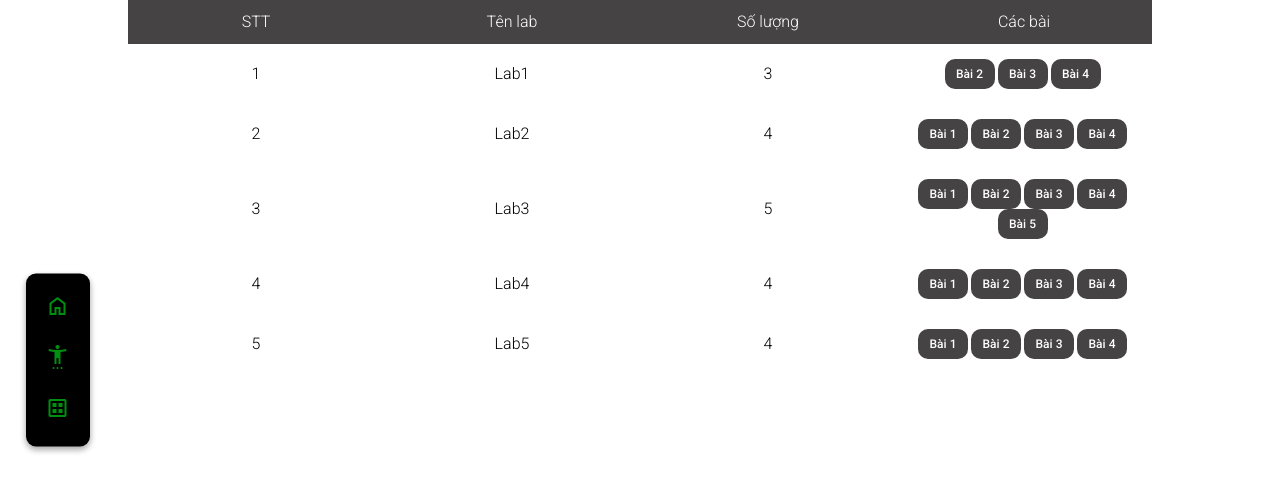
Repository: tuankiet10920/homeworkFEF
Page: /labs
The author's editor kept a copy of each file at every save. The page is drawn from the files as they stood at one save, then again after the next save.
The browser window is 1280 px wide. The pictures show the whole page.
The project was rebuilt for these pictures with package versions that can differ from the ones it lists, and the page was loaded fresh each time. Also part of the build but not shown: vite.config.js, src/views/HomeView.vue. Imported but missing from the stored project, and not drawn on this page: src/assets/audio/intro.mp3.

Above is the page before, as saved 2024-11-11 00:11:10.

After the next save:
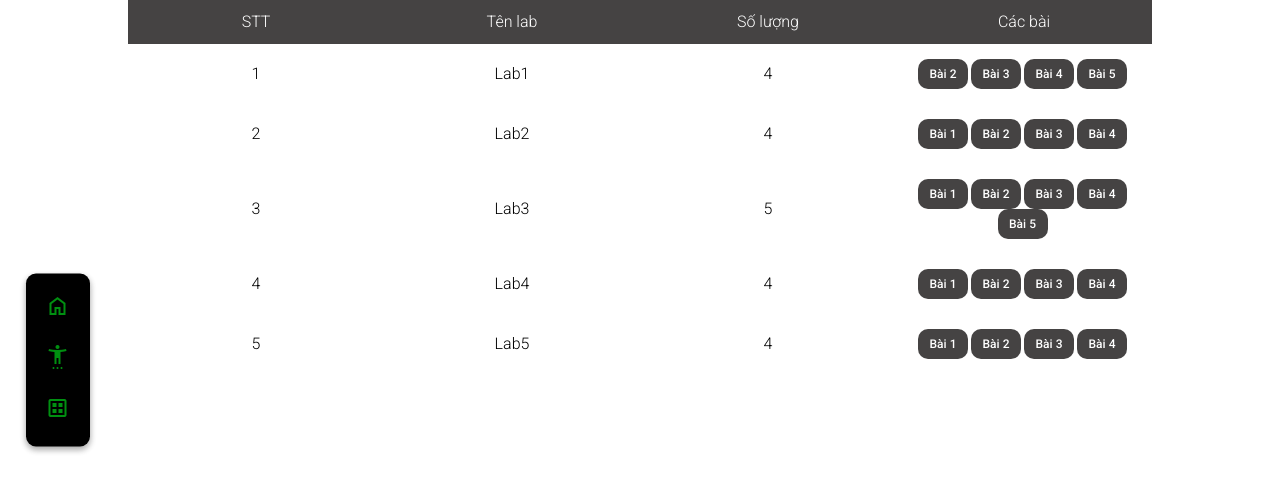
Saved 2 min 27 s later.
--- a/src/views/LabView.vue
+++ b/src/views/LabView.vue
@@ -20,6 +20,11 @@ const sourceTrs = ref([
         name_ex: 'Bài 4',
         link: '/bai4lab1',
         namePath: 'Bai4',
+      },
+      {
+        name_ex: 'Bài 5',
+        link: '/bai5lab1',
+        namePath: 'Bai5',
       },
     ],
   },
